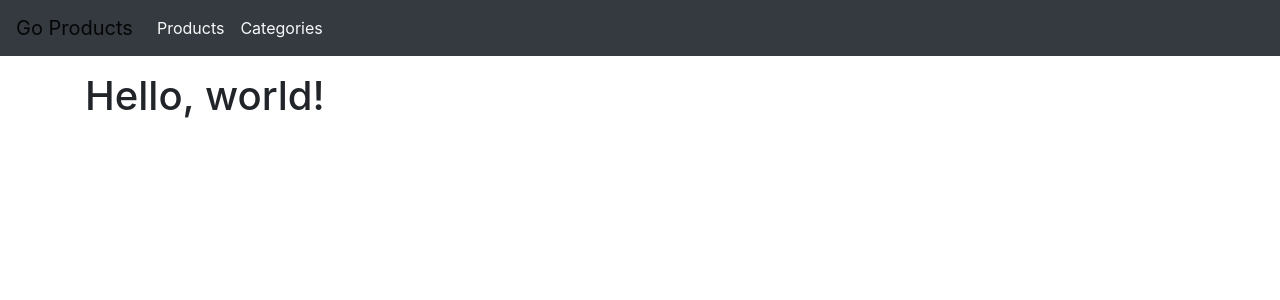
Repository: Nouthemoran/go-web-native-crud
Page: views/home/index.html
The author's editor kept a copy of each file at every save. The page is drawn from the files as they stood at one save, then again after the next save.
The browser window is 1280 px wide. The pictures show the whole page.

Above is the page before, as saved 2023-10-04 15:09:04.

### views/home/index.html
<!doctype html>
<html lang="en">
  <head>
    <!-- Required meta tags -->
    <meta charset="utf-8">
    <meta name="viewport" content="width=device-width, initial-scale=1, shrink-to-fit=no">

    <!-- Bootstrap CSS -->
    <link rel="stylesheet" href="https://cdn.jsdelivr.net/npm/bootstrap@4.3.1/dist/css/bootstrap.min.css" integrity="sha384-ggOyR0iXCbMQv3Xipma34MD+dH/1fQ784/j6cY/iJTQUOhcWr7x9JvoRxT2MZw1T" crossorigin="anonymous">

    <title>golang project</title>
  </head>
  <body>
    <!-- Navbar -->
    <nav class="navbar navbar-expand-lg navbar-light bg-dark">
        <a class="navbar-brand" href="#">Go Products</a>
        <button class="navbar-toggler" type="button" data-toggle="collapse" data-target="#navbarNav" aria-controls="navbarNav" aria-expanded="false" aria-label="Toggle navigation">
          <span class="navbar-toggler-icon"></span>
        </button>
        <div class="collapse navbar-collapse" id="navbarNav">
          <ul class="navbar-nav ms-auto">
            <li class="nav-item active">
              <a class="nav-link text-light" href="/products">Products<span class="sr-only">(current)</span></a>
            </li>
            <li class="nav-item">
              <a class="nav-link text-light" href="/categories">Categories</a>
            </li>
          </ul>
        </div>
      </nav>
    <!-- End of Navbar -->

    <div class="container mt-3">
        <h1>Hello, world!</h1>

    </div>

    <!-- Optional JavaScript -->
    <!-- jQuery first, then Popper.js, then Bootstrap JS -->
    <script src="https://code.jquery.com/jquery-3.3.1.slim.min.js" integrity="sha384-q8i/X+965DzO0rT7abK41JStQIAqVgRVzpbzo5smXKp4YfRvH+8abtTE1Pi6jizo" crossorigin="anonymous"></script>
    <script src="https://cdn.jsdelivr.net/npm/popper.js@1.14.7/dist/umd/popper.min.js" integrity="sha384-UO2eT0CpHqdSJQ6hJty5KVphtPhzWj9WO1clHTMGa3JDZwrnQq4sF86dIHNDz0W1" crossorigin="anonymous"></script>
    <script src="https://cdn.jsdelivr.net/npm/bootstrap@4.3.1/dist/js/bootstrap.min.js" integrity="sha384-JjSmVgyd0p3pXB1rRibZUAYoIIy6OrQ6VrjIEaFf/nJGzIxFDsf4x0xIM+B07jRM" crossorigin="anonymous"></script>
  </body>
</html>

After the next save:
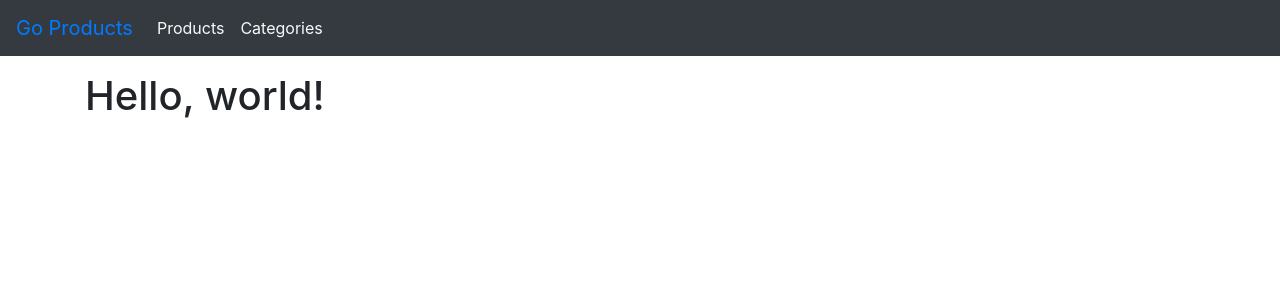
Saved 54 s later.
--- a/views/home/index.html
+++ b/views/home/index.html
@@ -12,7 +12,7 @@
   </head>
   <body>
     <!-- Navbar -->
-    <nav class="navbar navbar-expand-lg navbar-light bg-dark">
+    <nav class="navbar navbar-expand-lg bg-dark">
         <a class="navbar-brand" href="#">Go Products</a>
         <button class="navbar-toggler" type="button" data-toggle="collapse" data-target="#navbarNav" aria-controls="navbarNav" aria-expanded="false" aria-label="Toggle navigation">
           <span class="navbar-toggler-icon"></span>
